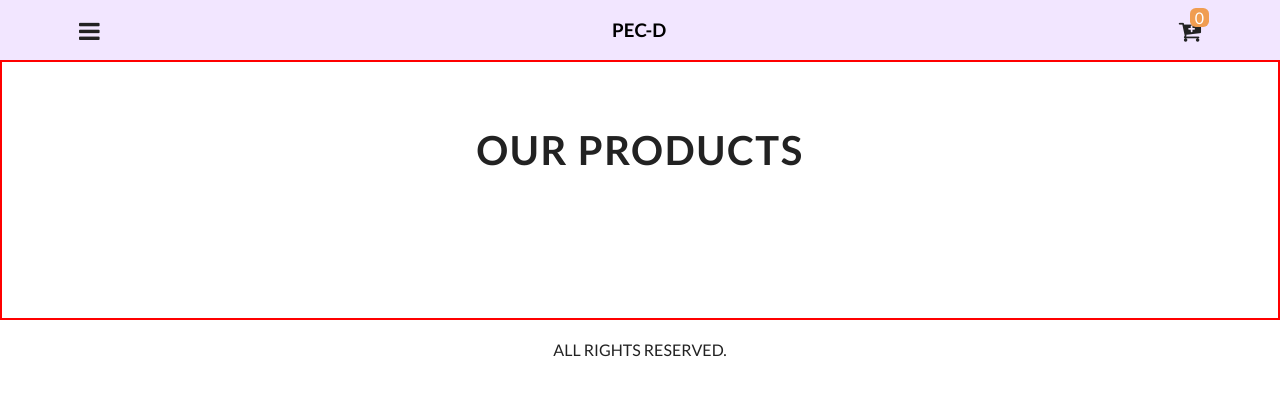
Repository: CHIR4G7/PEC-D
Page: http://localhost/
These files come from the project's save history. The page is drawn as it stood at one moment and after the next save; the edit follows.
The browser window is 1280 px wide. The pictures show the whole page.
The page is served by the project's Node server (app.js).

Above is the page before, as saved 2023-07-08 00:47:18.

### public/index.html
<!DOCTYPE html>
<html lang="en">

<head>
    <meta charset="UTF-8">
    <meta http-equiv="X-UA-Compatible" content="IE=edge">
    <meta name="viewport" content="width=device-width, initial-scale=1.0">
    <title>PEC-D</title>
    <link rel="stylesheet" href="https://cdnjs.cloudflare.com/ajax/libs/font-awesome/4.7.0/css/font-awesome.min.css">
    <link rel="stylesheet" href="css/style.css">
</head>

<body>
    <!-- navabr -->
    <nav class="navbar">
        <div class="navbar-center">
            <span class="nav-icon">
                <i class="fa fa-bars"></i>
            </span>
            <!-- <img src="/images/logo.svg" alt="logo" class="sr"> -->
            <h3 class="logo-name">PEC-D</h3>
            <div class="cart-btn">
                <span class="nav-icon">
                    <i class="fa fa-cart-plus"></i>
                </span>
                <div class="cart-items">0</div>
            </div>
        </div>
    </nav>
    <!-- end of navbar -->

    <!-- hero -->
    <!-- <header class="hero">
        <div class="banner">
            <h1 class="banner-title">FURNITURE COLLECTION</h1>
            <button class="banner-btn">SHOW NOW</button>
        </div>
    </header> -->
    <!-- end of hero -->

    <!-- products -->
    <section class="products">
         <div class="section-title">
            <h2>OUR PRODUCTS</h2>
        </div>
        <div class="products-center">
            <!-- single product -->

            <!-- PRODCUT DETIALS -->
            <!-- <article class="product">
                <div class="img-container">
                    <img src="/images/product-1.jpeg" alt="product" class="product-img">
                    <button class="bag-btn" data-id="1">
                        <i class="fa fa-shopping-cart"></i>
                        add to bag.
                    </button>
                </div>
                <h3>add name</h3>

            </article> -->
            <!-- THIS IS END OF PRODUCT DETIALS -->

            <!-- PRODCUT DETIALS -->
            <!-- <article class="product">
                <div class="img-container">
                    <img src="/images/product-8.jpeg" alt="product" class="product-img">
                    <button class="bag-btn" data-id="1">
                        <i class="fa fa-shopping-cart"></i>
                        add to bag.
                    </button>
                </div>
                <h3>TABLE</h3>
                <h4>$11.99</h4>
            </article> -->
            <!-- THIS IS END OF PRODUCT DETIALS -->

            <!-- PRODCUT DETIALS -->
            <!-- <article class="product">
                <div class="img-container">
                    <img src="/images/product-7.jpeg" alt="product" class="product-img">
                    <button class="bag-btn" data-id="1">
                        <i class="fa fa-shopping-cart"></i>
                        add to bag.
                    </button>
                </div>
                <h3>COUCH</h3>
                <h4>$42.99</h4>
            </article> -->
            <!-- THIS IS END OF PRODUCT DETIALS -->

            <!-- PRODCUT DETIALS -->
            <!-- <article class="product">
                <div class="img-container">
                    <img src="/images/product-2.jpeg" alt="product" class="product-img">
                    <button class="bag-btn" data-id="1">
                        <i class="fa fa-shopping-cart"></i>
                        add to bag.
                    </button>
                </div>
                <h3>KING PANEL BED</h3>
                <h4>$12.99</h4>
            </article> -->
            <!-- THIS IS END OF PRODUCT DETIALS -->

            <!-- PRODCUT DETIALS -->
            <!-- <article class="product">
                <div class="img-container">
                    <img src="/images/product-5.jpeg" alt="product" class="product-img">
                    <button class="bag-btn" data-id="1">
                        <i class="fa fa-shopping-cart"></i>
                        add to bag.
                    </button>
                </div>
                <h3>FRIDGE</h3>
                <h4>$34.99</h4>
            </article> -->
            <!-- THIS IS END OF PRODUCT DETIALS -->

            <!-- PRODCUT DETIALS -->
            <!-- <article class="product">
                <div class="img-container">
                    <img src="/images/product-6.jpeg" alt="product" class="product-img">
                    <button class="bag-btn" data-id="1">
                        <i class="fa fa-shopping-cart"></i>
                        add to bag.
                    </button>
                </div>
                <h3>DRESSER</h3>
                <h4>$22.99</h4>
            </article> -->
            <!-- THIS IS END OF PRODUCT DETIALS -->

            <!-- PRODCUT DETIALS -->
            <!-- <article class="product">
                <div class="img-container">
                    <img src="/images/product-3.jpeg" alt="product" class="product-img">
                    <button class="bag-btn" data-id="1">
                        <i class="fa fa-shopping-cart"></i>
                        add to bag.
                    </button>
                </div>
                <h3>TWIN PANEL BED</h3>
                <h4>$17.99</h4>
            </article> -->
            <!-- THIS IS END OF PRODUCT DETIALS -->

            <!-- PRODCUT DETIALS -->
            <!-- <article class="product">
                <div class="img-container">
                    <img src="/images/product-4.jpeg" alt="product" class="product-img">
                    <button class="bag-btn" data-id="1">
                        <i class="fa fa-shopping-cart"></i>
                        add to bag.
                    </button>
                </div>
                <h3>SINGLE PANEL BED</h3>
                <h4>$23.99</h4>
            </article> -->
            <!-- THIS IS END OF PRODUCT DETIALS -->
        </div>
    </section>
    <!-- end of products -->




    <!-- CART BEGINS -->
    <div class="cart-overlay">
        <div class="cart">
            <span class="close-cart">
                <i class="fa fa-window-close"></i>
            </span>
            <h2>YOUR CART</h2>
            <div class="cart-content">
                <!-- cart item -->
                <div class="cart-item">
                    <!-- <img src="/images/product-1.jpeg" alt="product">
                    <div>
                        <h4>QUEEN BED</h4>
                        <h5>$9.00</h5>
                        <span class="remove-item">Remove</span>
                    </div>
                    <div>
                        <i class="fa fa-chevron-up"></i>
                        <p class="item-amount">0</p>
                        <i class="fa fa-chevron-down"></i>
                    </div> -->
                </div>
                <!-- end of cart item -->

            </div>

            <div class="cart-footer">
                <h3>YOUR TOTAL : $ <span class="cart-total"></span></h3>
                <button class="clear-cart banner-btn">CLEAR CART</button>
            </div>

        </div>
    </div>
    <!-- CART ENDS -->
    <!-- FOOOTER -->
    <div class="footer">
        ALL RIGHTS RESERVED.
    </div>
    <!-- END OF THE FOOTER -->

    <script src="src/script.js"></script>
</body>

</html>

### app.js
import express from "express";
import bodyParser from "body-parser";

const app = express();
const port = 5002;
app.use(express.static("public"))
app.use(bodyParser.urlencoded({extended:true}));
app.set("view engine","ejs");


app.get("/",(request,response)=>
{
    response.sendFile("/Users/chirag/Desktop/PEC D/public/index.html");
})

app.listen(port,()=>
{
    console.log("server working");
})

### public/css/style.css
@import url("https://fonts.googleapis.com/css?family=Lato:400,700");


/* creating variables */
:root {
    --primaryColor: #f09d51;
    --mainWhite: #fff;
    --mainBlack: #222;
    --mainGrey: #ececec;
    --mainSpacing: 0.1rem;
    --mainTransition: all 0.3s linear;
}

/* resetting elements */
* {
    margin: 0;
    padding: 0;
    box-sizing: border-box;
}


body {
    color: var(--mainBlack);
    background: var(--mainWhite);
    font-family: "Lato", sans-serif;
}


/* navbar */
.navbar {
    position: sticky;
    top: 0;
    height: 60px;
    width: 100%;
    display: flex;
    align-items: center;
    background: #f2e6ff;
    z-index: 1;
}

.logo-name
{
    color: black;
}

.navbar-center {
    width: 100%;
    max-width: 1170px;
    margin: 0 auto;
    display: flex;
    align-items: center;
    justify-content: space-between;
    padding: 0 1.5rem;
}

.nav-icon {
    font-size: 1.5rem;
}

.cart-btn {
    position: relative;
    cursor: pointer;
}

.cart-items {
    position: absolute;
    top: -8px;
    right: -8px;
    background: var(--primaryColor);
    padding: 0 5px;
    border-radius: 30%;
    color: var(--mainWhite);
}

/* hero */
.hero {
    min-height: calc(100vh - 60px);
    background: url("./images/bg-3.jpg") center/cover no-repeat;
    display: flex;
    align-items: center;
    justify-content: center;
  }
  .banner {
    text-align: center;
    background: #f2e6ff;
    display: inline-block;
    padding: 2rem;
  }
  .banner-title {
    font-size: 3.4rem;
    text-transform: uppercase;
    letter-spacing: var(--mainSpacing);
    margin-bottom: 3rem;
  }
  .banner-btn {
    padding: 1rem 3rem;
    text-transform: uppercase;
    letter-spacing: var(--mainSpacing);
    font-size: 1rem;
    background: #9999FF;
    color: var(--mainBlack);
    border: 1px solid var(--primaryColor);
    transition: var(--mainTransition);
    cursor: pointer;
  }
  .banner-btn:hover {
    background: transparent;
    color: var(--primaryColor);
  }


  /* products */
  .products {
    padding: 4rem 0;
    border: 2px solid red;
  }
  .section-title h2 {
    text-align: center;
    font-size: 2.5rem;
    margin-bottom: 5rem;
    text-transform: capitalize;
    letter-spacing: var(--mainSpacing);
  }
  .products-center {
    width: 90vw;
    margin: 0 auto;
    max-width: 1170px;
    display: grid;
    grid-template-columns: repeat(auto-fit, minmax(260px, 1fr));
    grid-column-gap: 1.5rem;
    grid-row-gap: 2rem;
  }
  .img-container {
    position: relative;
    overflow: hidden;
  }
  .bag-btn {
    position: absolute;
    top: 70%;
    right: 0;
    background: var(--primaryColor);
    border: none;
    text-transform: uppercase;
    padding: 0.5rem 0.75rem;
    letter-spacing: var(--mainSpacing);
    font-weight: bold;
    transition: var(--mainTransition);
    transform: translateX(101%);
    cursor: pointer;
  }
  .bag-btn:hover {
    color: var(--mainWhite);
  }
  .fa-shopping-cart {
    margin-right: 0.5rem;
  }
  .img-container:hover .bag-btn {
    transform: translateX(0);
  }
  .product-img {
    display: block;
    width: 100%;
    min-height: 12rem;
    transition: var(--mainTransition);
  }
  .img-container:hover .product-img {
    opacity: 0.5;
  }

  .product
  {
    border: 2px solid blue;
  }

  .product h3 {
    text-transform: capitalize;
    font-size: 1.1rem;
    margin-top: 1rem;
    letter-spacing: var(--mainSpacing);
    text-align: center;
  }

  .product h4 {
    margin-top: 0.7rem;
    letter-spacing: var(--mainSpacing);
    color: var(--primaryColor);
    text-align: center;
  }


  /* cart */
  .cart-overlay {
    position: fixed;
    top: 0;
    right: 0;
    width: 100%;
    height: 100%;
    transition: var(--mainTransition);
    background: rgb(240, 157, 81, 0.5);
    z-index: 2;
    visibility: hidden;
  }
  .cart {
    position: fixed;
    top: 0;
    right: 0;
    width: 100%;
    height: 100%;
    overflow: scroll;
    z-index: 3;
    background: rgb(231, 226, 221);
    padding: 1.5rem;
    transition: var(--mainTransition);
    transform: translateX(100%);
  }
  .showCart {
    transform: translateX(0);
  }
  .transparentBcg {
    visibility: visible;
  }
  @media screen and (min-width: 768px) {
    .cart {
      width: 30vw;
      min-width: 450px;
    }
  }

  .close-cart {
    font-size: 1.7rem;
    cursor: pointer;
  }
  .cart h2 {
    text-transform: capitalize;
    text-align: center;
    letter-spacing: var(--mainSpacing);
    margin-bottom: 2rem;
  }
  /*---------- Cart Item -------------------- */
  .cart-item {
    display: grid;
    align-items: center;
    grid-template-columns: auto 1fr auto;
    grid-column-gap: 1.5rem;
    margin: 1.5rem 0;
  }
  .cart-item img {
    width: 75px;
    height: 75px;
  }
  .cart-item h4 {
    font-size: 0.85rem;
    text-transform: capitalize;
    letter-spacing: var(--mainSpacing);
  }
  .cart-item h5 {
    margin: 0.5rem 0;
    letter-spacing: var(--mainSpacing);
  }
  .item-amount {
    text-align: center;
  }
  .remove-item {
    color: black;
    cursor: pointer;
  }
  .fa-chevron-up,
  .fa-chevron-down {
    color: var(--primaryColor);
    cursor: pointer;
  }
  /*---------- End of Cart Item -------------------- */

  .cart-footer {
    margin-top: 2rem;
    letter-spacing: var(--mainSpacing);
    text-align: center;
  }
  .cart-footer h3 {
    text-transform: capitalize;
    margin-bottom: 1rem;
  }


  /* FOOTER */
  .footer
  {
    position: relative;
    text-align: center;
    top: 20px;
  }

### public/src/script.js


const productsDOM = document.querySelector('.products-center');

let shoparray = [];//ISME SAAARI KI SAARI DETAILS PADI HAIN PRODUCT K

class Shops{

    async getProducts() {
        try {
            let result = await fetch('./shops.json');
            let data = await result.json();

            //destructuring
            const shopsArray = data.shops.map(shop => ({ id: shop.id, name: shop.sname, image: shop.image}));

            return shopsArray;
        }
        catch (error) {
            console.log("r");
        }
    }

};

class display
{
    displayShops(shops)
    {
        let result = '';
       shops.forEach((shop)=>
       {
        console.log(shop.id);
        result+=`${shop.id}`;
       })
    // productsDOM.innerHTML = "teri";
    }
};





//displaying the products

function displayProducts(shoparray)
{
    let result = '';
    shoparray.forEach(product => {
        // result += `      <article class="product">
        // <div class="img-container">
        //     <img src="/images/product-1.jpeg" alt="product" class="product-img">
        //     <button class="bag-btn" data-id=${product.id}>
        //         <i class="fa fa-shopping-cart"></i>
        //         add to bag.
        //     </button>
        // </div>
        // <h3>${product.name}</h3>`;
        console.log(product);
    })
    productsDOM.innerHTML = result;
}


    // console.log(shoparray);

    // till here
    document.addEventListener("DOMContentLoaded", () => {
        //when dom loads get the product info stored in an array SHOPSARRAY
        // (async function () {
        //     try {
        //         const shopsarray = await getProducts();
        //         shopsarray.forEach((e) => {
        //             shoparray.push(e);
        //         })
        //     }
        //     catch (error) {
        //         console.log(error);
        //     }
        // })();
        // console.log(shoparray);
        // displayProducts(shoparray);
        const shops = new Shops();
        const displaying = new display();

        shops.getProducts().then(products=>
            {
                displaying.displayShops(products);
            })

    })

### public/shops.json
{
    "shops" :
    [
        {
            "id" : 1,
            "sname" : "DeshRaj Sweets",
            "image" : "public/images/product-1.jpeg"
        },
        {
            "id" : 2,
            "sname" : "Anna",
            "image" : "public/images/product-1.jpeg"
        },
        {
            "id" : 3,
            "sname" : "Combo",
            "image" : "public/images/product-1.jpeg"
        },
        {
            "id" : 4,
            "sname" : "Forks and Knives",
            "image" : "public/images/product-1.jpeg"
        },
        {
            "id" : 5,
            "sname" : "Pandit",
            "image" : "public/images/product-1.jpeg"
        },
        {
            "id" : 6,
            "sname" : "Yankess",
            "image" : "public/images/product-1.jpeg"
        }
    ]
}

After the next save:
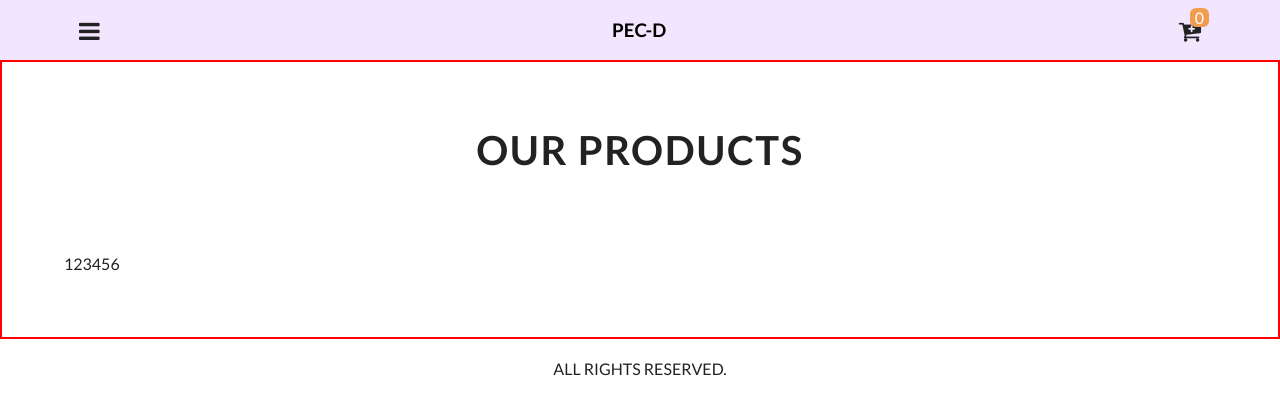
Saved 6 s later.
--- a/public/src/script.js
+++ b/public/src/script.js
@@ -33,7 +33,7 @@ class display
         console.log(shop.id);
         result+=`${shop.id}`;
        })
-    // productsDOM.innerHTML = "teri";
+    productsDOM.innerHTML = result;
     }
 };
 
